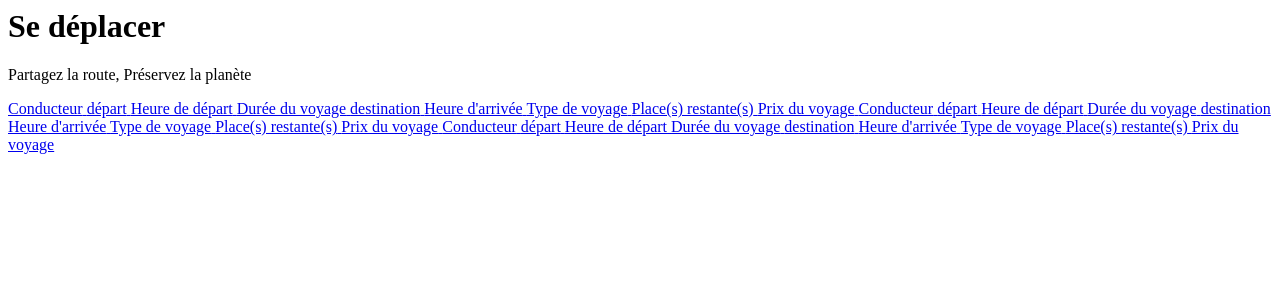
Repository: lemonhao9/ECF
Page: pages/covoiturages/vueCovoit.html
An editor plug-in stored every save of this project. The page is shown before and after the next save, followed by the edit.
The browser window is 1280 px wide. The pictures show the whole page.

Above is the page before, as saved 2025-02-13 10:56:59.

### pages/covoiturages/vueCovoit.html
<div class="hero-scene text-center text-secondary">
    <div class="hero-scene-content">
        <h1>Se déplacer</h1>
        <p>Partagez la route, Préservez la planète</p>
    </div>
</div>

<div class="container text-center lescovoiturages pt-4">
<a href="#">
    <span>Conducteur</span>
    <span>départ</span>
    <span>Heure de départ</span>
    <span>Durée du voyage</span>
    <span>destination</span>
    <span>Heure d'arrivée</span>
    <span>Type de voyage</span>
    <span>Place(s) restante(s)</span>
    <span>Prix du voyage</span>
</a>
<a href="#">
    <span>Conducteur</span>
    <span>départ</span>
    <span>Heure de départ</span>
    <span>Durée du voyage</span>
    <span>destination</span>
    <span>Heure d'arrivée</span>
    <span>Type de voyage</span>
    <span>Place(s) restante(s)</span>
    <span>Prix du voyage</span>
</a>
<a href="#">
    <span>Conducteur</span>
    <span>départ</span>
    <span>Heure de départ</span>
    <span>Durée du voyage</span>
    <span>destination</span>
    <span>Heure d'arrivée</span>
    <span>Type de voyage</span>
    <span>Place(s) restante(s)</span>
    <span>Prix du voyage</span>
</a>
</div>

After the next save:
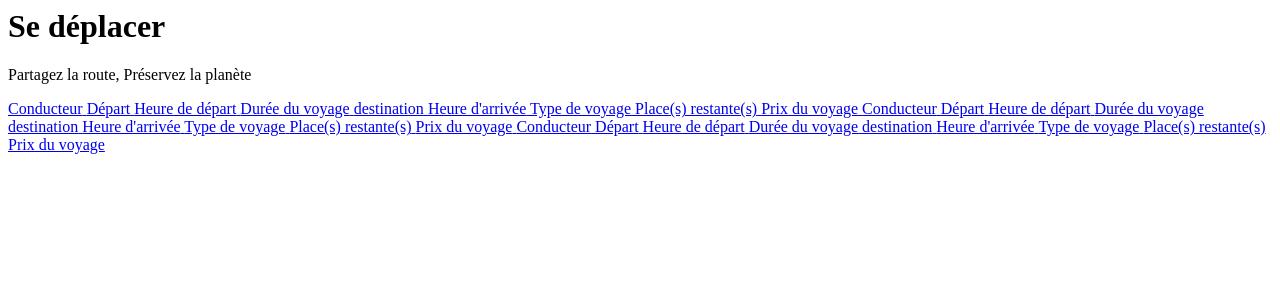
Saved 46 s later.
--- a/pages/covoiturages/vueCovoit.html
+++ b/pages/covoiturages/vueCovoit.html
@@ -8,7 +8,7 @@
 <div class="container text-center lescovoiturages pt-4">
 <a href="#">
     <span>Conducteur</span>
-    <span>départ</span>
+    <span>Départ</span>
     <span>Heure de départ</span>
     <span>Durée du voyage</span>
     <span>destination</span>
@@ -19,7 +19,7 @@
 </a>
 <a href="#">
     <span>Conducteur</span>
-    <span>départ</span>
+    <span>Départ</span>
     <span>Heure de départ</span>
     <span>Durée du voyage</span>
     <span>destination</span>
@@ -28,9 +28,9 @@
     <span>Place(s) restante(s)</span>
     <span>Prix du voyage</span>
 </a>
-<a href="#">
+<a href="#" class="p-4">
     <span>Conducteur</span>
-    <span>départ</span>
+    <span>Départ</span>
     <span>Heure de départ</span>
     <span>Durée du voyage</span>
     <span>destination</span>
